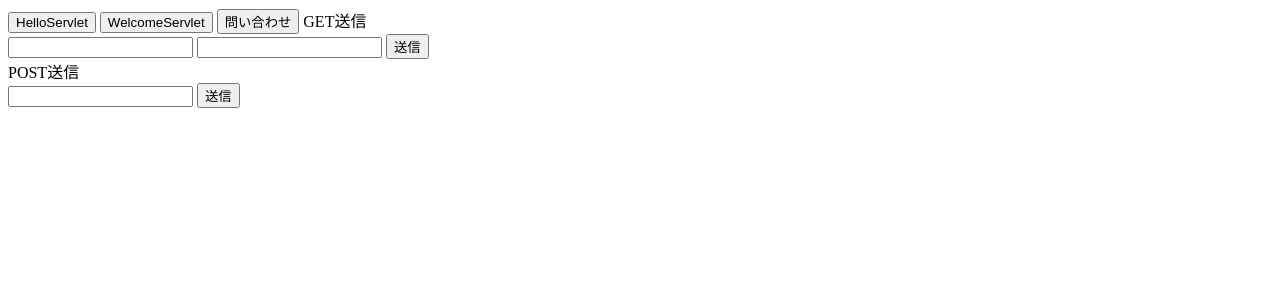
Repository: yoshimi-takeuchi/test
Page: http://localhost/HelloServlet/
An editor plug-in stored every save of this project. The page is shown before and after the next save, followed by the edit.
The browser window is 1280 px wide. The pictures show the whole page.
The page is served by Tomcat 9. Other server files are loaded and not shown.

Above is the page before, as saved 2019-01-31 06:39:33.

### HelloServlet/WebContent/index.jsp
<%@ page language="java" contentType="text/html; charset=UTF-8"
    pageEncoding="UTF-8"%>
<!DOCTYPE html>
	<html>
		<head>
		<meta charset="UTF-8">
		<title>HelloServlet</title>
		</head>
	<body>

		<input type="button" value="HelloServlet" onClick="location.href='HelloServlet'">
		<input type="button" value="WelcomeServlet" onClick="location.href='welcome.jsp'">
		<input type="button" value="問い合わせ" onClick="location.href='inquiry.jsp'">

		GET送信
		<form method="get" action="TestServlet">
			<input type="text" name="username">
			<input type="password" name="password">
			<input type="submit" value="送信">
		</form>
		POST送信
		<form method="post" action="TestServlet">
			<input type="text" name="username">
			<input type="submit" value="送信">
		</form>

	</body>
</html>

After the next save:
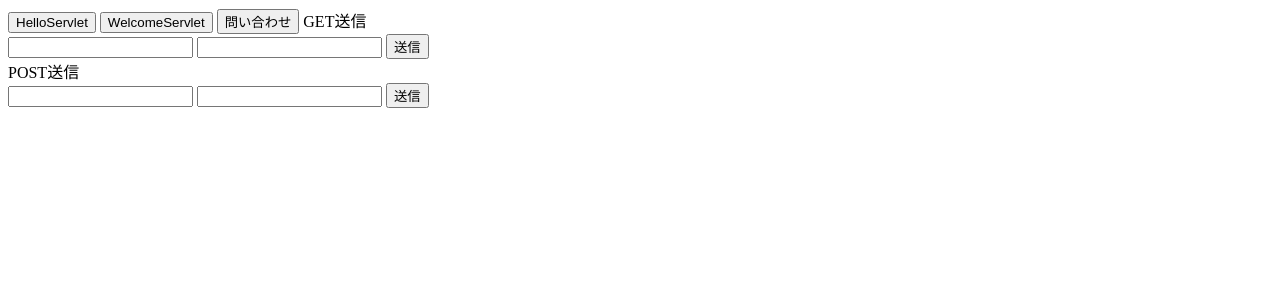
Saved 20 min 2 s later.
--- a/HelloServlet/WebContent/index.jsp
+++ b/HelloServlet/WebContent/index.jsp
@@ -21,6 +21,7 @@
 		POST送信
 		<form method="post" action="TestServlet">
 			<input type="text" name="username">
+			<input type="password" name="password">
 			<input type="submit" value="送信">
 		</form>
 
